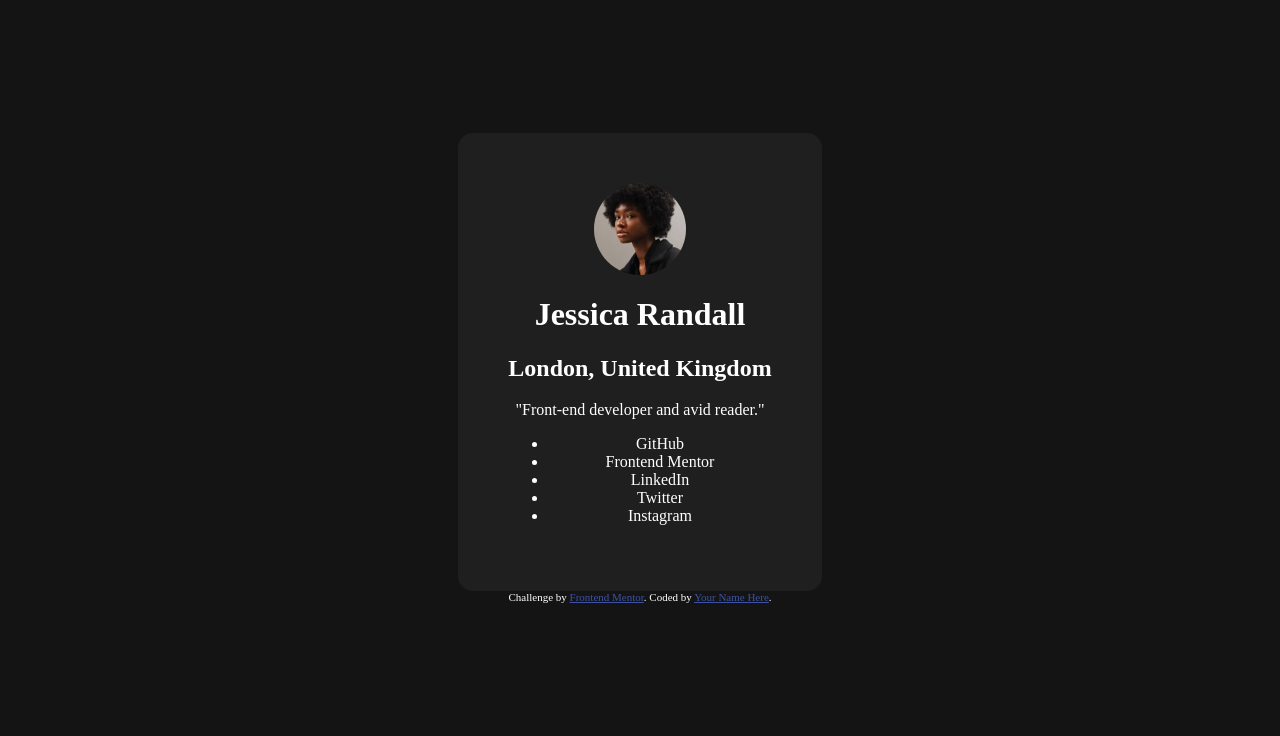
Repository: RudyJ/social-links-profile
Page: index.html
The author's editor kept a copy of each file at every save. The page is drawn from the files as they stood at one save, then again after the next save.
The browser window is 1280 px wide. The pictures show the whole page.

Above is the page before, as saved 2024-04-02 19:41:16.

After the next save:
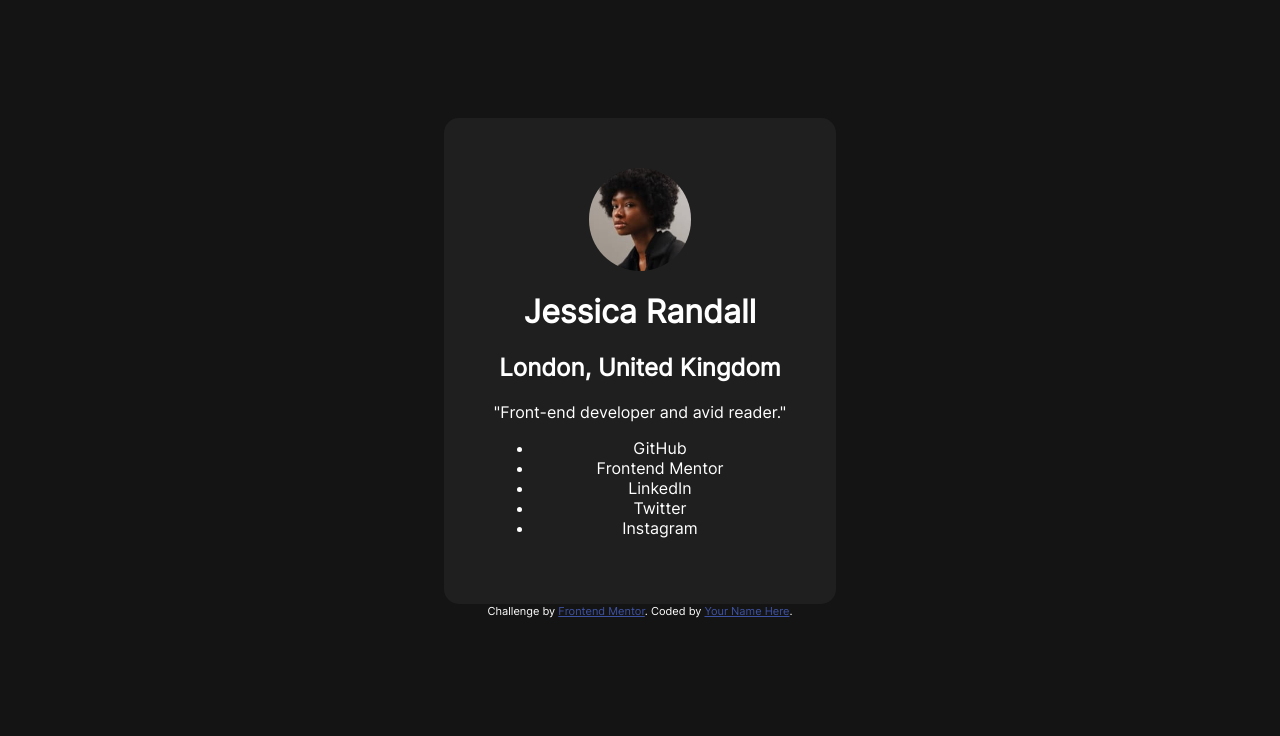
Saved 25 s later.
--- a/assets/css/style.css
+++ b/assets/css/style.css
@@ -14,6 +14,8 @@ body {
     justify-content: center;
     height: 100vh;
     overflow: hidden;
+    font-family: 'Inter';
+    font-weight: 400;
 }
 
 
